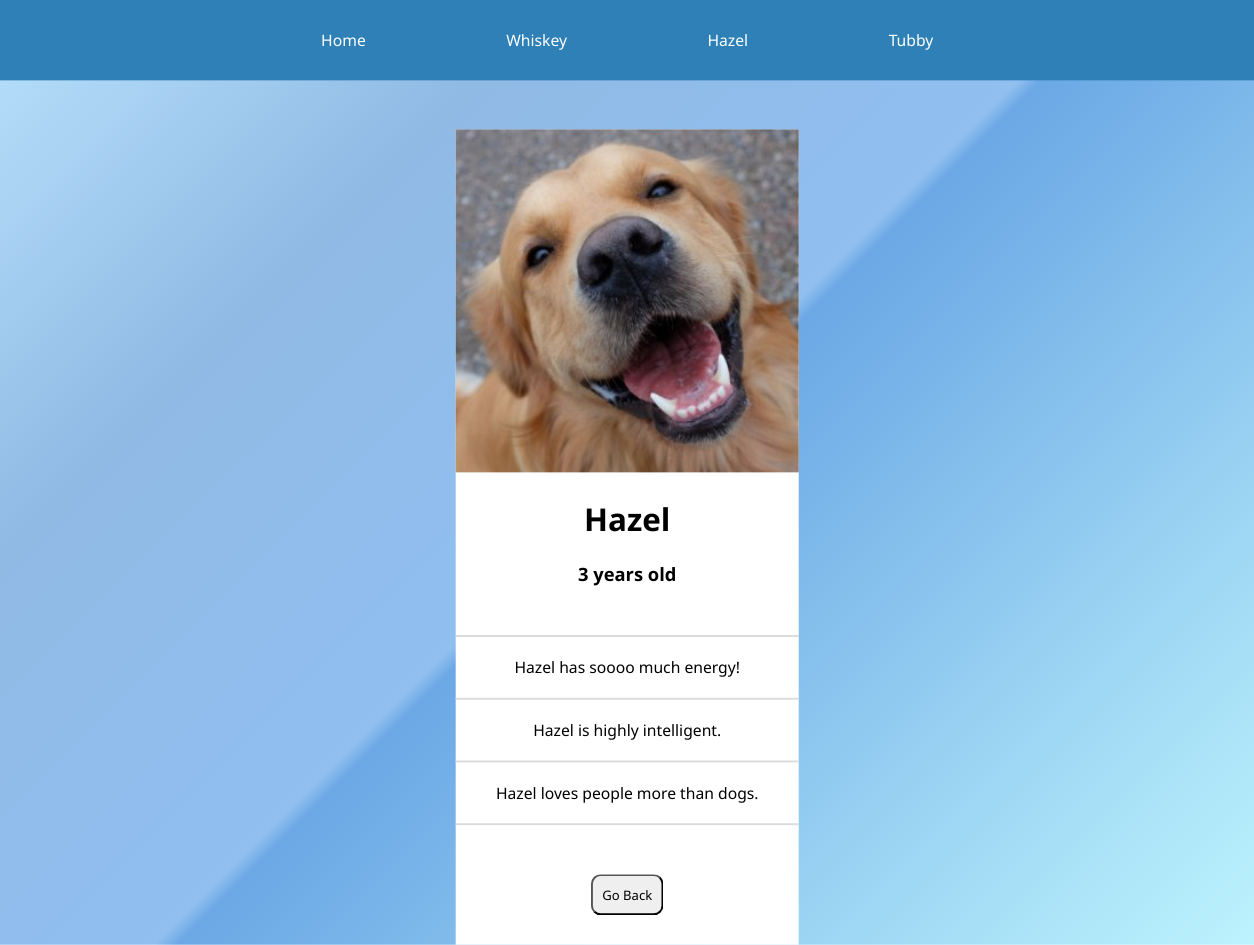
Repository: johnmutina/dog-finder
Page: /dogs/Hazel
The author's editor kept a copy of each file at every save. The page is drawn from the files as they stood at one save, then again after a run of saves.
The browser window is 1280 px wide. The pictures show the whole page, at 98% of full size.
The project was rebuilt for these pictures with package versions that can differ from the ones it lists, and the page was loaded fresh each time. Also part of the build but not shown: src/DogFinder.css, src/DogFinder.js.

Above is the page before, as saved 2019-07-28 15:41:31.

### src/App.js
import React, { Component } from "react";
import { Switch, Route, NavLink, Redirect } from "react-router-dom";
import DogFinder from "./DogFinder";
import Dog from "./Dog";
import "./App.css";

// Import all images in image folder
function importAll(r) {
  let images = {};
  r.keys().map((item, index) => {
    images[item.replace("./", "")] = r(item);
  });
  return images;
}

const images = importAll(
  require.context("./assets", false, /\.(gif|jpe?g|svg)$/)
);

class App extends Component {
  static defaultProps = {
    dogs: [
      {
        name: "Whiskey",
        age: 5,
        src: images["whiskey.jpg"],
        facts: [
          "Whiskey loves eating popcorn.",
          "Whiskey is a terrible guard dog.",
          "Whiskey wants to cuddle with you!"
        ]
      },
      {
        name: "Hazel",
        age: 3,
        src: images["hazel.jpg"],
        facts: [
          "Hazel has soooo much energy!",
          "Hazel is highly intelligent.",
          "Hazel loves people more than dogs."
        ]
      },
      {
        name: "Tubby",
        age: 4,
        src: images["tubby.jpg"],
        facts: [
          "Tubby is not the brightest dog",
          "Tubby does not like walks or exercise.",
          "Tubby loves eating food."
        ]
      }
    ]
  };

  render() {
    return (
      <div className="App">
        {/* NAVBAR */}
        <div className="App-navbar">
          <NavLink to="/dogs" activeClassName="App-active-navlink">
            Home
          </NavLink>
          {this.props.dogs.map(dog => (
            <NavLink
              key={dog.name}
              to={`/dogs/${dog.name}`}
              activeClassName="App-active-navlink"
            >
              {dog.name}
            </NavLink>
          ))}
        </div>

        {/* ROUTES SETUP */}

        <Switch>
          <Route
            exact
            path="/dogs"
            render={routeProps => (
              <DogFinder dogs={this.props.dogs} {...routeProps} />
            )}
          />
          <Route
            exact
            path="/dogs/:name"
            render={routeProps => (
              <Dog
                {...this.props.dogs.filter(
                  dog => dog.name == routeProps.match.params.name
                )[0]}
                {...routeProps}
              />
            )}
          />
          <Route render={() => <Redirect to="/dogs" />} />
        </Switch>
      </div>
    );
  }
}

export default App;

### src/Dog.js
import React, { Component } from "react";
import "./Dog.css";

class Dog extends Component {
  render() {
    return (
      <div className="Dog">
        <img src={this.props.src} alt={`${this.props.name}`} />
        <h1>{this.props.name}</h1>
        <h3>{this.props.age} years old</h3>
        <ul>
          {this.props.facts.map(fact => (
            <li>{fact}</li>
          ))}
        </ul>
        <button onClick={this.props.history.goBack}>Go Back</button>
      </div>
    );
  }
}

export default Dog;

### src/App.css
* {
  font-family: "Segoe UI", Tahoma, Geneva, Verdana, sans-serif;
}

.App {
  min-height: 100vh;
  text-align: center;
  background: #b8e1fc; /* Old browsers */
  background: -moz-linear-gradient(
    -45deg,
    #b8e1fc 0%,
    #a9d2f3 10%,
    #90bae4 25%,
    #90bcea 37%,
    #90bff0 50%,
    #6ba8e5 51%,
    #a2daf5 83%,
    #bdf3fd 100%
  ); /* FF3.6-15 */
  background: -webkit-linear-gradient(
    -45deg,
    #b8e1fc 0%,
    #a9d2f3 10%,
    #90bae4 25%,
    #90bcea 37%,
    #90bff0 50%,
    #6ba8e5 51%,
    #a2daf5 83%,
    #bdf3fd 100%
  ); /* Chrome10-25,Safari5.1-6 */
  background: linear-gradient(
    135deg,
    #b8e1fc 0%,
    #a9d2f3 10%,
    #90bae4 25%,
    #90bcea 37%,
    #90bff0 50%,
    #6ba8e5 51%,
    #a2daf5 83%,
    #bdf3fd 100%
  ); /* W3C, IE10+, FF16+, Chrome26+, Opera12+, Safari7+ */
  filter: progid:DXImageTransform.Microsoft.gradient( startColorstr='#b8e1fc', endColorstr='#bdf3fd',GradientType=1 ); /* IE6-9 fallback on horizontal gradient */
}
.App-navbar {
  display: flex;
  background-color: #2e80b6;
  justify-content: space-around;
  padding: 30px 20%;
}

.App-navbar > * {
  color: white;
  text-decoration: none;
  text-transform: capitalize;
}

.App-navbar > *:hover {
  text-decoration: underline;
  font-weight: bolder;
}

### src/Dog.css
.Dog {
  width: 60%;
  max-width: 350px;
  margin: 50px auto 0 auto;
  background: white;
}

.Dog img {
  width: 100%;
}

.Dog ul {
  list-style: none;
  padding-left: 0;
  margin: 50px 0;
  width: 100%;
}

.Dog ul li {
  /* margin: 20px 0; */
  padding: 20px;
  border-top: 2px solid rgb(220, 220, 220);
}

.Dog ul li:last-child {
  border-bottom: 2px solid rgb(220, 220, 220);
}

.Dog button {
  margin-bottom: 30px;
  padding: 10px;
  border-radius: 10px;
}

Loaded but not shown: public/index.html (common file); src/index.js (common file); src/index.css (common file); src/serviceWorker.js (common file)

After the next 2 saves:
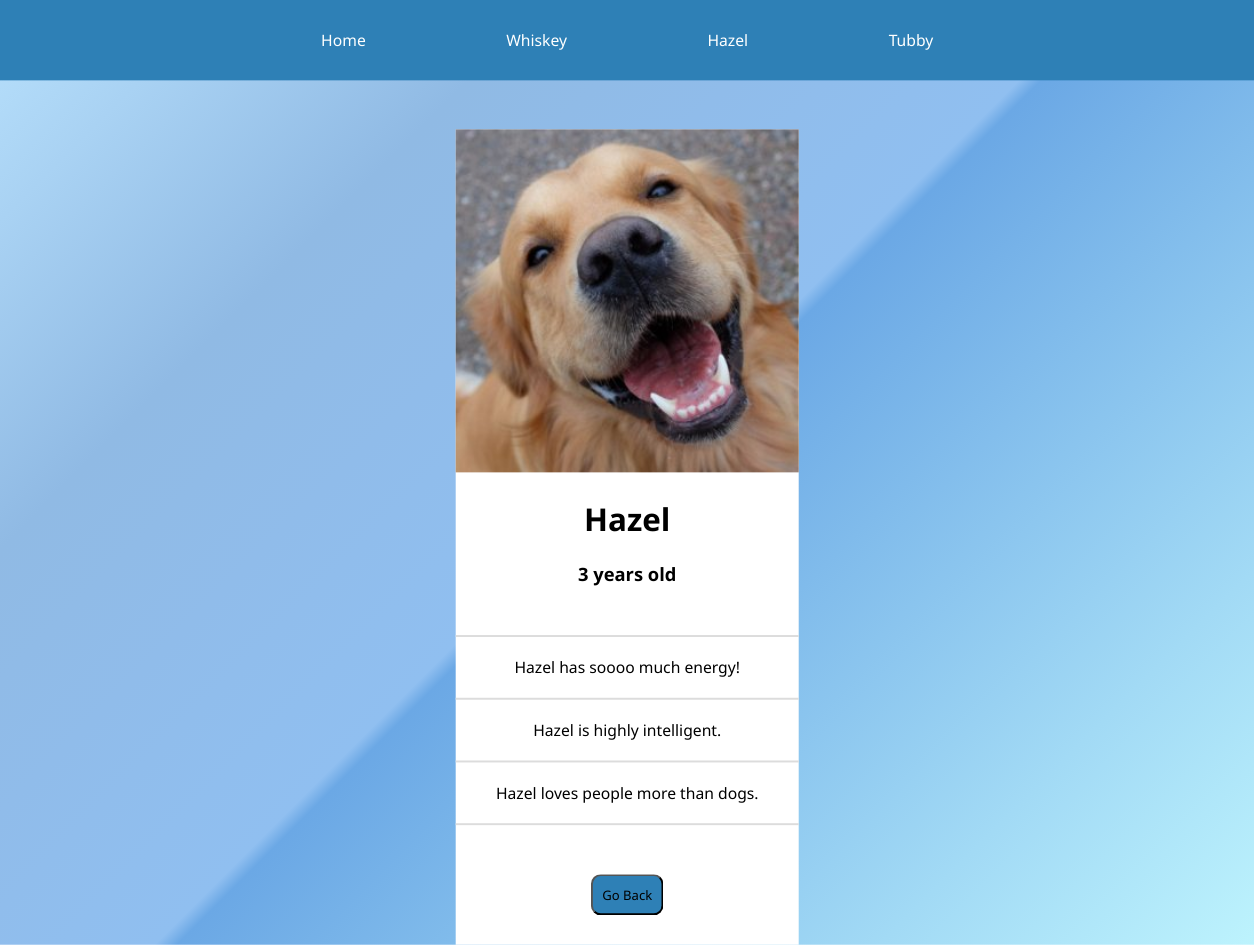
The 2 saves are shown as one change because they came seconds apart.
The last was saved 22 s later.
--- a/src/Dog.css
+++ b/src/Dog.css
@@ -29,5 +29,6 @@
 .Dog button {
   margin-bottom: 30px;
   padding: 10px;
+  background-color: #2e80b6;
   border-radius: 10px;
 }
